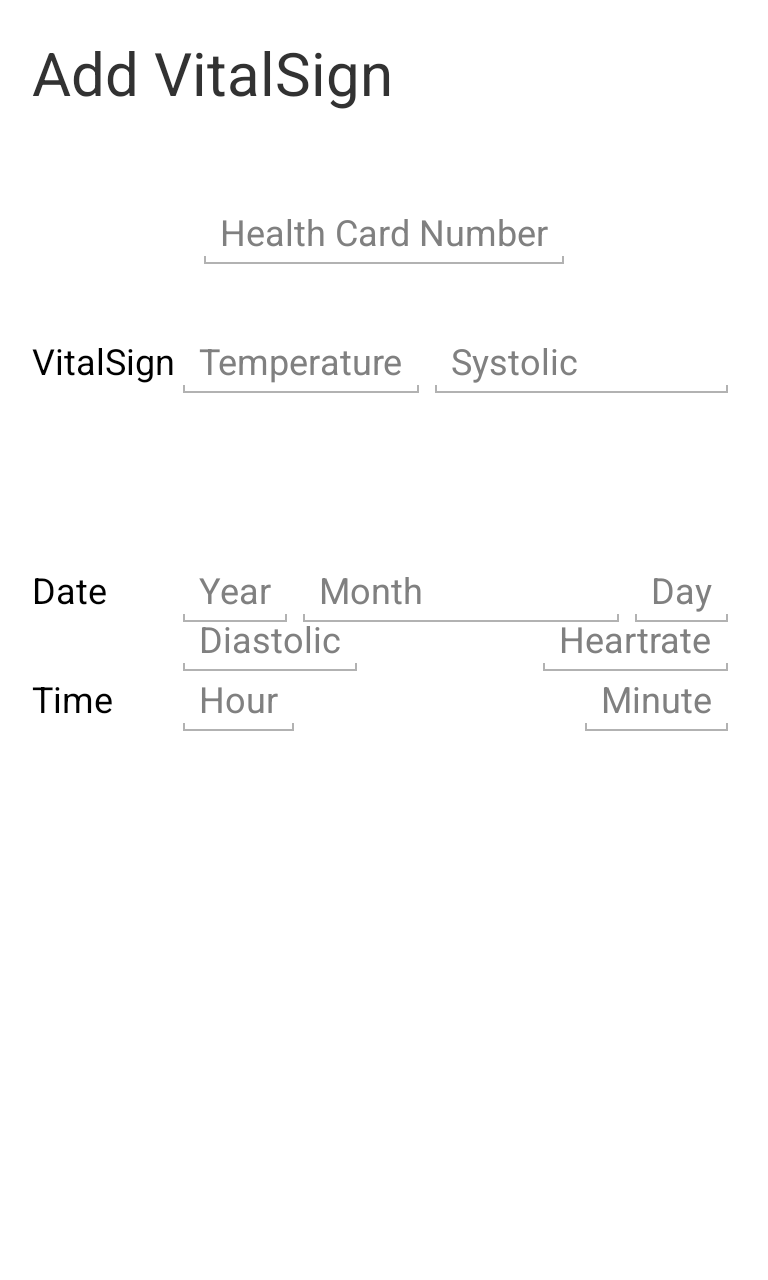
Repository: wangyuan0915/ER
Layout: workspace2/phase3/res/layout/activity_add_vital_sign.xml
An editor plug-in stored every save of this project. The layout is shown before and after a run of saves, followed by the edit.
It is drawn on a 768 x 1280 px phone screen (xhdpi) without system bars, with theme AppTheme; the app's code is not run.

Above is the layout before, as saved 2013-11-24 06:47:58.

After the next 2 saves:
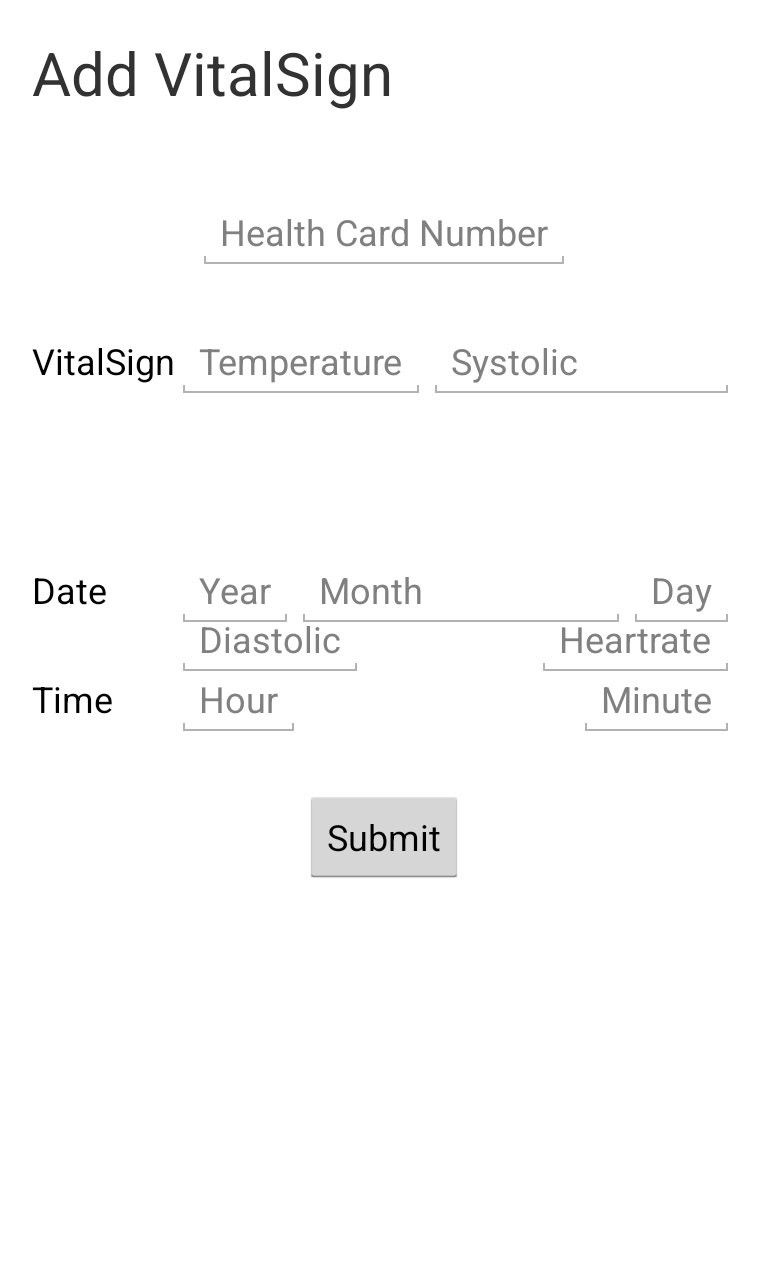
The 2 saves are shown as one change because they came seconds apart.
The last was saved 81 s later.
--- a/workspace2/phase3/res/layout/activity_add_vital_sign.xml
+++ b/workspace2/phase3/res/layout/activity_add_vital_sign.xml
@@ -159,4 +159,13 @@
         android:hint="@string/Minute"
         android:textAppearance="?android:attr/textAppearanceMedium" />
 
+    <Button
+        android:id="@+id/submit2"
+        android:layout_width="wrap_content"
+        android:layout_height="wrap_content"
+        android:layout_below="@+id/currenthour"
+        android:layout_centerHorizontal="true"
+        android:layout_marginTop="25dp"
+        android:text="Submit" />
+
 </RelativeLayout>
